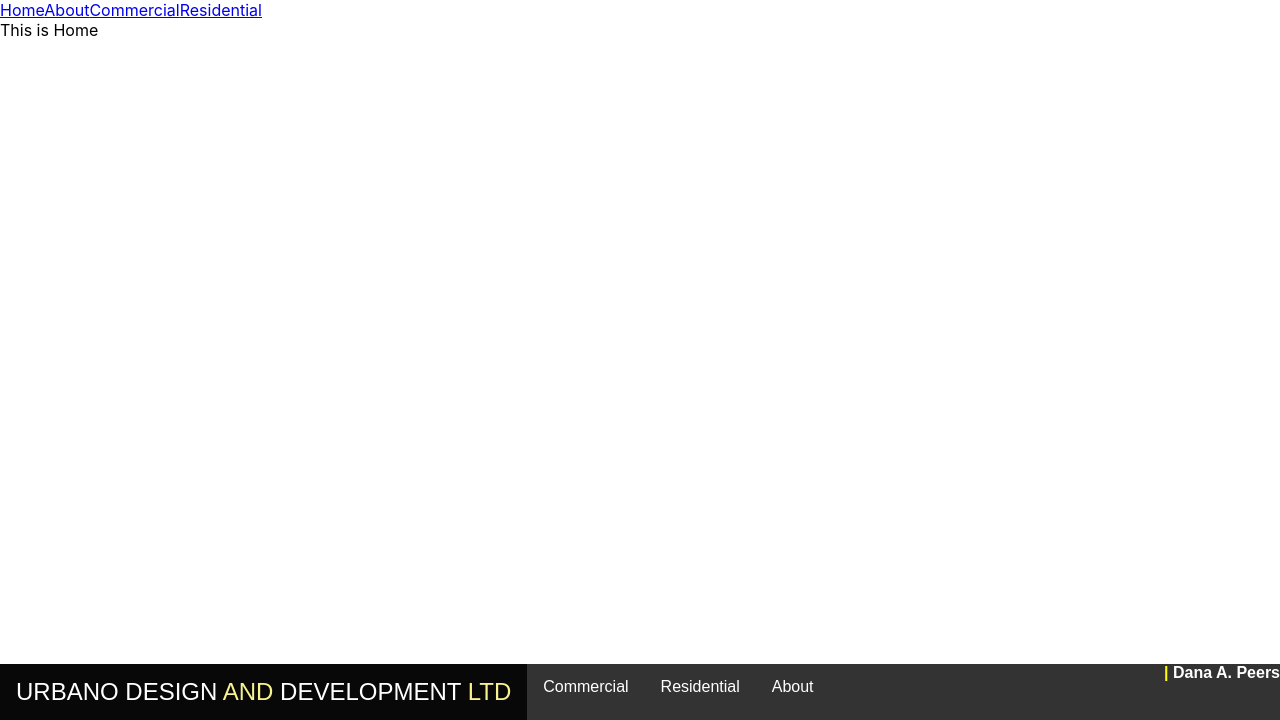
Repository: AndyXia-6/AndyXia-6.github.io
Page: / (app in urbano-page/)
The author's editor kept a copy of each file at every save. The page is drawn from the files as they stood at one save, then again after the next save.
The browser window is 1280 px wide. The pictures show the whole page.
The project was rebuilt for these pictures with package versions that can differ from the ones it lists, and the page was loaded fresh each time. Also part of the build but not shown: urbano-page/src/Pages/Commercial.js, urbano-page/src/Pages/About.js, urbano-page/src/Pages/Residential.js. Imported but missing from the stored project, and not drawn on this page: urbano-page/src/Pages/Error.

Above is the page before, as saved 2022-08-06 23:38:15.

### urbano-page/src/index.css
body {
  margin: 0;
  font-family: -apple-system, BlinkMacSystemFont, "Segoe UI", "Roboto", "Oxygen",
    "Ubuntu", "Cantarell", "Fira Sans", "Droid Sans", "Helvetica Neue",
    sans-serif;
  -webkit-font-smoothing: antialiased;
  -moz-osx-font-smoothing: grayscale;
}

code {
  font-family: source-code-pro, Menlo, Monaco, Consolas, "Courier New",
    monospace;
}

.footer {
  background: rgba(40, 40, 40, 0.95);
  position: fixed;
  bottom: 0;
  left: 0;
  width: 100%;
  color: white;
  font-family: "Quicksand", sans-serif;
}

.footer .active {
  color: #fff;
  background-color: #080808;
  font-size: 1.5em;
}

.footer .about {
  font-weight: bold;
}

.about .bar {
  float: right;
}

.right {
  float: right;
}

ul {
  list-style-type: none;
  margin: 0;
  padding: 0;
  overflow: hidden;
  background-color: #333;
}

li {
  float: left;
}

li a {
  display: block;
  color: white;
  text-align: center;
  padding: 14px 16px;
  text-decoration: none;
}

li a:hover {
  color: #f0d66d;
}

### urbano-page/src/App.js
import logo from "./logo.svg";
import "./App.css";
import { BrowserRouter as Router, Routes, Route, Link } from "react-router-dom";
import Home from "./Pages/Home";
import Commercial from "./Pages/Commercial";
import About from "./Pages/About";
import Residential from "./Pages/Residential";
import Error from "./Pages/Error";
import Footer from "./footer";

function App() {
  return (
    <Router>
      <nav>
        <Link to="/">Home</Link>
        <Link to="/about">About</Link>
        <Link to="/commercial">Commercial</Link>
        <Link to="/residential">Residential</Link>
      </nav>
      <Routes>
        <Route path="/" element={<Home />} />
        <Route path="/about" element={<About />} />
        <Route path="/commercial" element={<Commercial />} />
        <Route path="/residential" element={<Residential />} />
        <Route path="*" element={<Error />} />
      </Routes>
      <div className="App">
        <Footer />
      </div>
    </Router>
  );
}

export default App;

### urbano-page/src/App.css
.logo {
  background: rgba(40, 40, 40, 0.95);
  width: 440px;
  height: auto;
}

.main {
  background-image: url("./assets/background.jpg");
  background-repeat: no-repeat;
  background-position: center;
  background-size: cover;
  height: 100vh;
}

.info {
  float: right;
  width: 1000px;
  padding: 2em;
  margin-bottom: 5em;
  font-size: 1.1em;
  color: white;
  background: rgba(40, 40, 40, 0.95);
}

.title {
  font-weight: bold;
  size: 2.5em;
}

.bar {
  color: yellow;
  font-weight: bold;
  size: 100px;
}

h1,
h2,
h3,
h4,
h5,
h6 {
  font-family: "Quicksand", sans-serif;
  color: #fff;
}

h3 {
  font-family: "Quicksand", sans-serif;
  color: #fff;
  font-weight: bold;
  margin: 0;
  padding: 5px 0 5px 0;
}

.main-nav-adj {
  margin: 0;
  padding: 20px 10px 20px 10px;
  -webkit-border-radius: 0 !important;
  -moz-border-radius: 0 !important;
  border-radius: 0 !important;
}

.row {
  width: 100%;
  height: 100%;
  padding: 0;
  margin: 0;
}

.bold {
  font-weight: bold;
}

p {
  font-size: mediumf;
}

.navbar-inverse .navbar-nav > .active > a,
.navbar-inverse .navbar-nav > .active > a:hover,
.navbar-inverse .navbar-nav > .active > a:focus {
  font-family: "Quicksand", sans-serif;
  font-size: x-large;
}

.navbar-inverse .navbar-nav > li > a {
  font-family: "Quicksand", sans-serif;
  font-size: large;
  color: #a6a8aa;
}

.navbar-inverse .navbar-nav > li > a:hover {
  color: #f8f190;
}

.y-link,
.y-text {
  color: #f8f190;
}

.y-arrow {
  color: #f8f190;
  font-size: x-large;
  padding-top: 10px;
  padding-left: 5px;
}

.y-gly {
  color: #f8f190;
  font-size: medium;
  padding: 5px;
}

.row-top-adj {
  height: 100vh;
}

.dana-peers {
  color: #fff;
  font-size: large;
}

.stick {
  color: #f8f190;
  font-size: x-large;
  font-weight: bolder;
}

.stick-header {
  color: #f8f190;
  font-size: 1.3em;
  font-weight: bolder;
}

.blk {
  color: #000;
}

td {
  padding: 0.5em 1em 1em 1em;
}

tr {
  border-top: hidden;
}

iframe {
  border: none;
}

.carousel {
  background-color: #000;
  padding-top: 1em;
}

.img-center {
  display: block;
  margin-left: auto;
  margin-right: auto;
}

### urbano-page/src/Pages/Home.js
import React from "react";
import logo from "./assets/logo.png"; // Tell Webpack this JS file uses this image
import { BrowserRouter as Router, Routes, Route } from "react-router-dom";

function Home() {
  return <div>This is Home</div>;
}

export default Home;

### urbano-page/src/footer.js
import React from "react";
import "./index.css";
import { BrowserRouter as Router, Routes, Route, Link } from "react-router-dom";

//Code for footer, includes hyperlinks to different parts of the website

const Footer = () => (
  <nav>
    <div class="row" className="footer">
      <ul>
        <li className="active">
          <Link to="/">
            URBANO DESIGN <span class="y-link">AND</span> DEVELOPMENT{" "}
            <span class="y-link">LTD</span>{" "}
          </Link>
        </li>
        <li>
          <Link to="/commercial">Commercial</Link>
        </li>
        <li>
          <Link to="/residential">Residential</Link>
        </li>
        <li>
          <Link to="/about">About</Link>
        </li>
        <div class="right">
          <span class="bar">| </span>
          <span class="about"> Dana A. Peers</span>
        </div>
      </ul>
    </div>
  </nav>
);

export default Footer;

Loaded but not shown: urbano-page/public/index.html (common file); urbano-page/src/index.js (common file); urbano-page/src/reportWebVitals.js (common file)

After the next save:
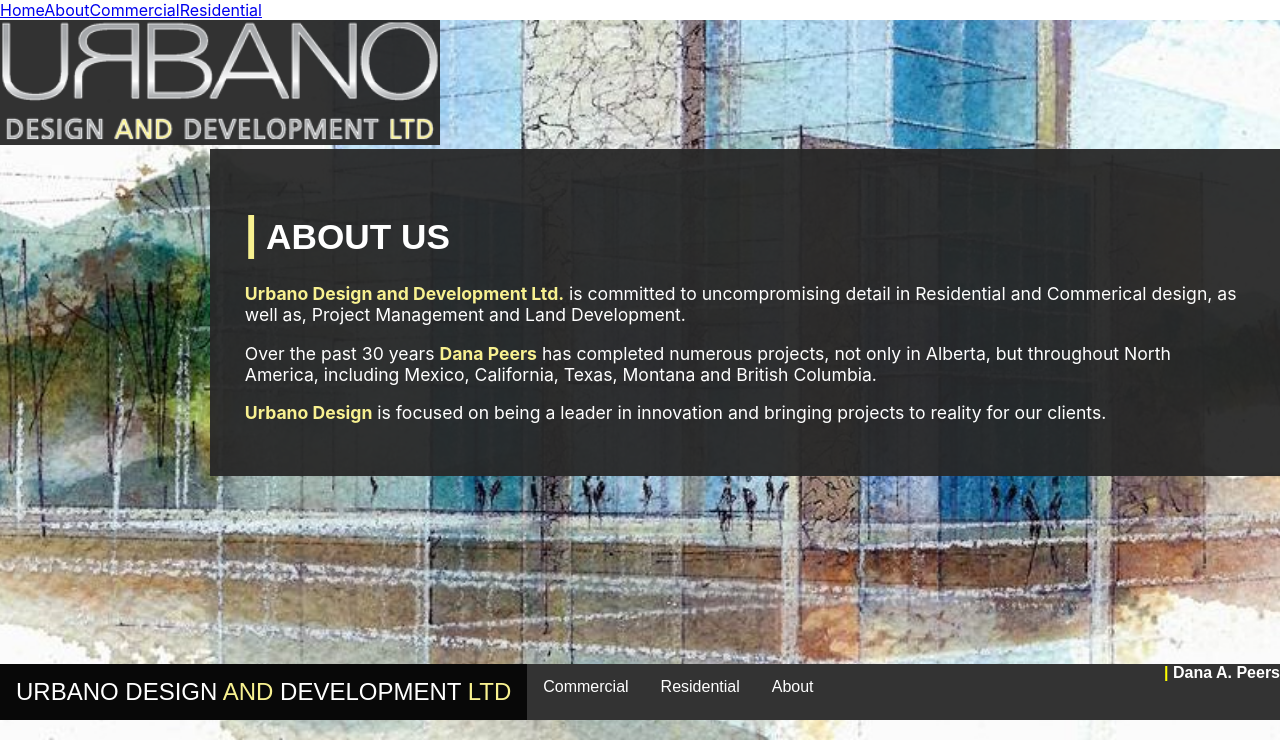
Saved 23 s later.
--- a/urbano-page/src/Pages/Home.js
+++ b/urbano-page/src/Pages/Home.js
@@ -3,7 +3,34 @@ import logo from "./assets/logo.png"; // Tell Webpack this JS file uses this ima
 import { BrowserRouter as Router, Routes, Route } from "react-router-dom";
 
 function Home() {
-  return <div>This is Home</div>;
+  return (
+    <div className="main">
+      <img src={logo} className="logo" alt="logo" />
+      <div class="info">
+        <div class="about-us">
+          <h1>
+            <span class="stick-header">|</span> ABOUT US
+          </h1>
+          <p>
+            <span class="y-text bold">Urbano Design and Development Ltd.</span>{" "}
+            is committed to uncompromising detail in Residential and Commerical
+            design, as well as, Project Management and Land Development.
+          </p>
+          <p>
+            Over the past 30 years <span class="y-text bold">Dana Peers</span>{" "}
+            has completed numerous projects, not only in Alberta, but throughout
+            North America, including Mexico, California, Texas, Montana and
+            British Columbia.
+          </p>
+          <p>
+            <span class="y-text bold">Urbano Design</span> is focused on being a
+            leader in innovation and bringing projects to reality for our
+            clients.
+          </p>
+        </div>
+      </div>
+    </div>
+  );
 }
 
 export default Home;
